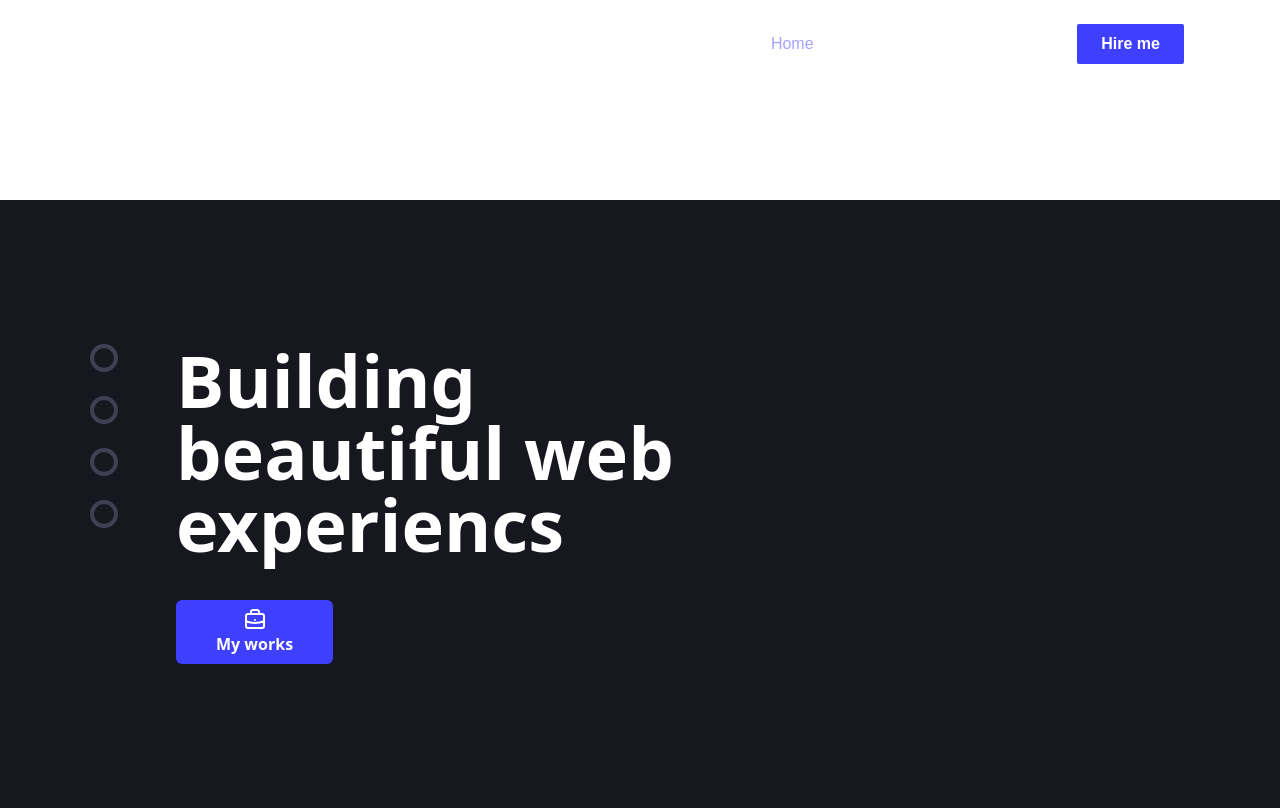
Repository: Alex0715/portfolio
Page: /
The author's editor kept a copy of each file at every save. The page is drawn from the files as they stood at one save, then again after the next save.
The browser window is 1280 px wide. The pictures show the whole page.
The project was rebuilt for these pictures with package versions that can differ from the ones it lists, and the page was loaded fresh each time. The framework's server and built-in components were replaced by stand-ins that run in the browser. Also part of the build but not shown: next.config.js.

Above is the page before, as saved 2022-02-03 22:25:58.

After the next save:
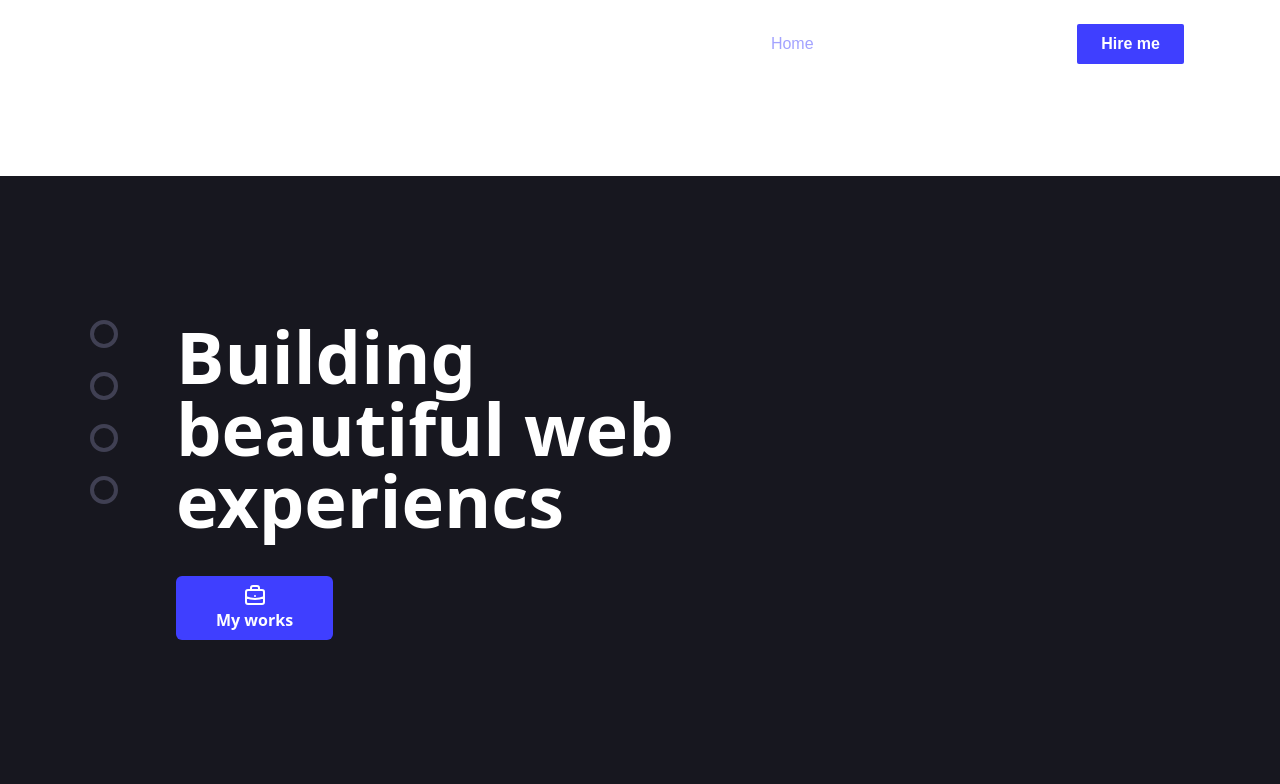
Saved 35 s later.
--- a/pages/components/Banner.js
+++ b/pages/components/Banner.js
@@ -1,6 +1,6 @@
 
 function Banner() {
-  return (<div className="container mt-16 flex justify-between items-center mx-auto text-white px-8 md:px-14 lg:px-24 w-full">
+  return (<div className="container mt-10 flex justify-between items-center mx-auto text-white px-8 md:px-14 lg:px-24 w-full">
       <div className="flex flex-wrap md:flex-nowrap">
         <nav className="inline-block lg:mr-20 lg:w-4 fixed left-percentage hidden xl:block">
         <div className="absolute left-50 transform -translate-x-1/2 space-y-6 mt-36">

After the save that followed:
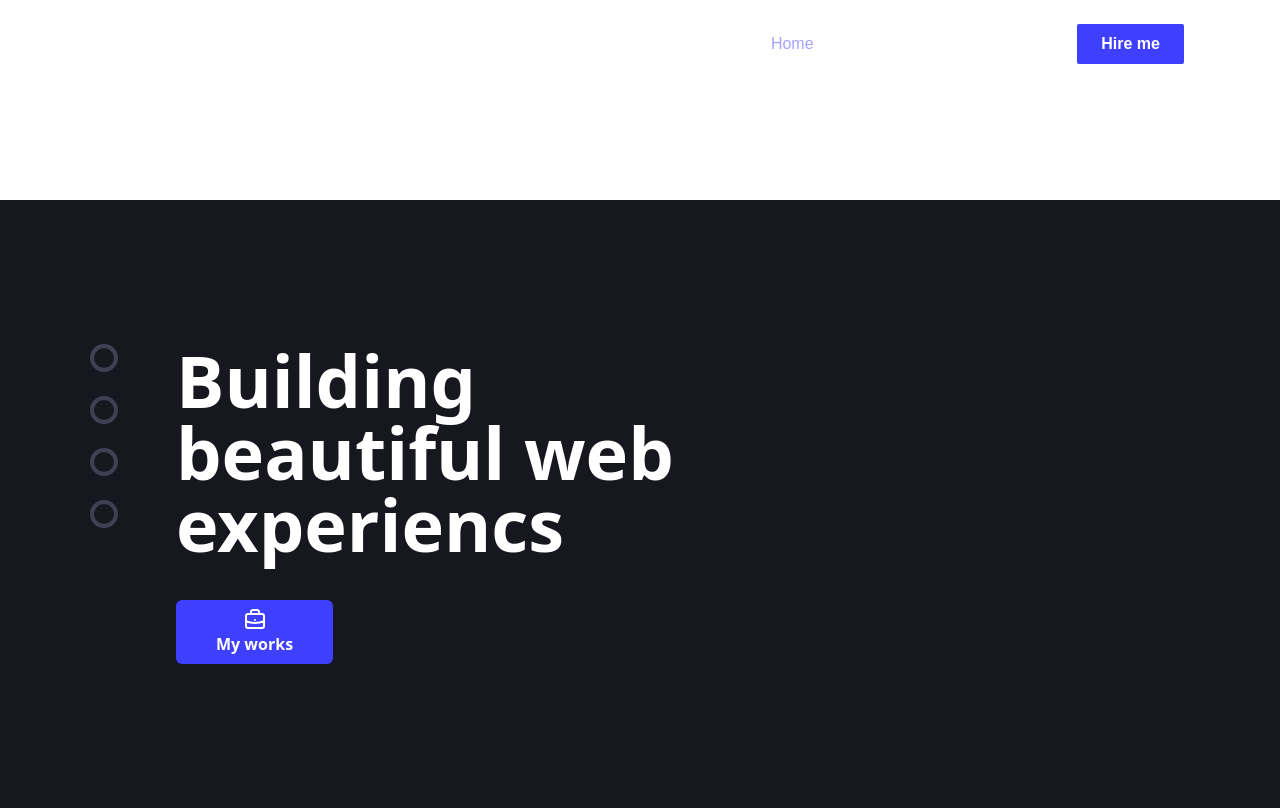
Saved 34 s later.
--- a/pages/components/Banner.js
+++ b/pages/components/Banner.js
@@ -1,6 +1,6 @@
 
 function Banner() {
-  return (<div className="container mt-10 flex justify-between items-center mx-auto text-white px-8 md:px-14 lg:px-24 w-full">
+  return (<div className="container mt-16 flex justify-between items-center mx-auto text-white px-8 md:px-14 lg:px-24 w-full">
       <div className="flex flex-wrap md:flex-nowrap">
         <nav className="inline-block lg:mr-20 lg:w-4 fixed left-percentage hidden xl:block">
         <div className="absolute left-50 transform -translate-x-1/2 space-y-6 mt-36">
